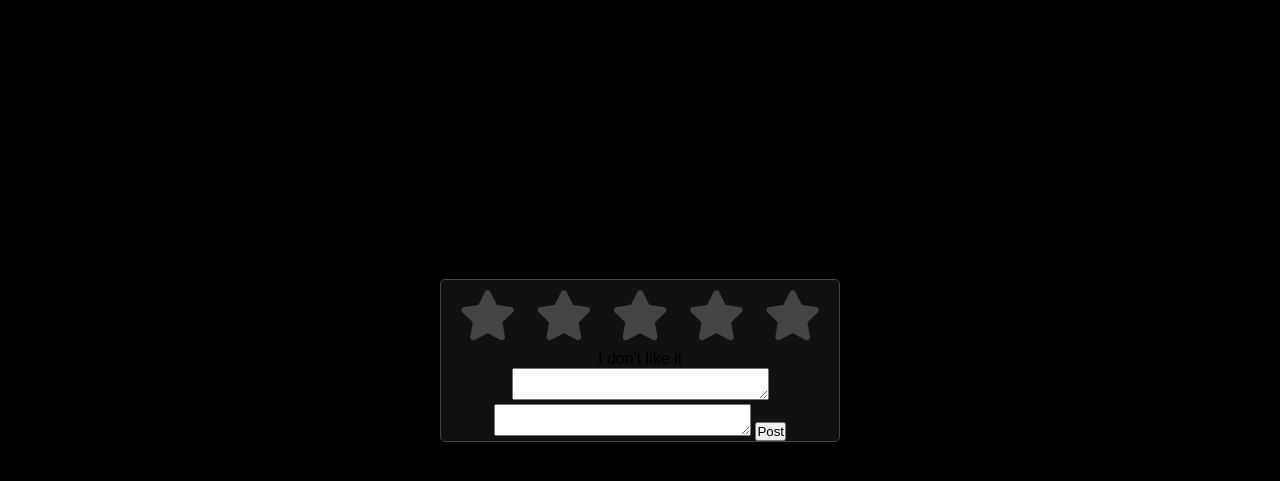
Repository: Suryansh-D/Star-Ratings
Page: index.html
These files come from the project's save history. The page is drawn as it stood at one moment and after a run of saves; the edit follows.
The browser window is 1280 px wide. The pictures show the whole page.

Above is the page before, as saved 2024-02-03 09:47:12.

After the next 3 saves:
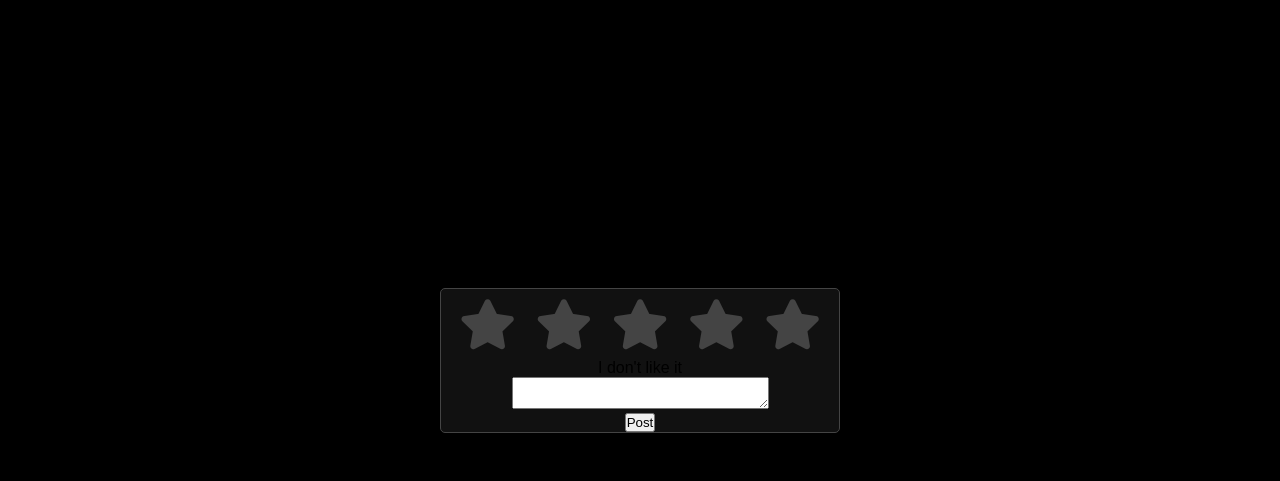
The 3 saves are shown as one change because they came seconds apart.
The last was saved 55 s later.
--- a/index.html
+++ b/index.html
@@ -26,7 +26,6 @@
                 <textarea cols="30"></textarea>
                 </div>
                     <div class="btn">
-                        <textarea cols="30"></textarea>
                         <button type="submit">Post</button>
         </div>
     </div>
